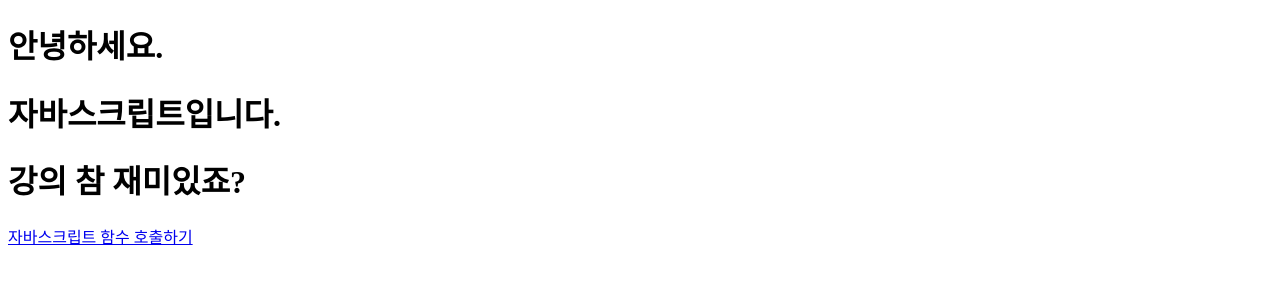
Repository: ssummini/Web
Page: JavaScript/src/main/webapp/javascript/exam19-2.html
The author's editor kept a copy of each file at every save. The page is drawn from the files as they stood at one save, then again after the next save.
The browser window is 1280 px wide. The pictures show the whole page.

Above is the page before, as saved 2024-08-20 06:34:29.

After the next save:
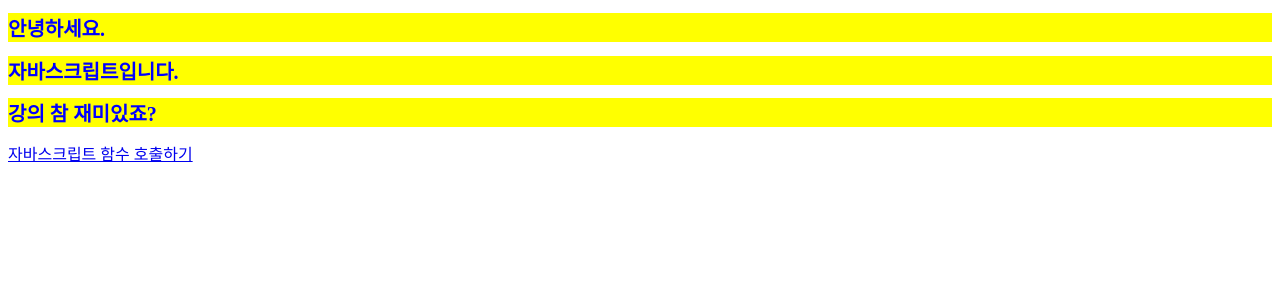
Saved 6 s later.
--- a/JavaScript/src/main/webapp/javascript/exam19-2.html
+++ b/JavaScript/src/main/webapp/javascript/exam19-2.html
@@ -3,6 +3,14 @@
 <head>
 <meta charset="UTF-8">
 <title>Insert title here</title>
+<style type="text/css">
+.myid {
+	background: #ff0;
+	font-size: 20px;
+	font-weight: bold;
+	color: #00f;
+}
+</style>
 </head>
 <body>
 	<h1 class="myid">안녕하세요.</h1>
